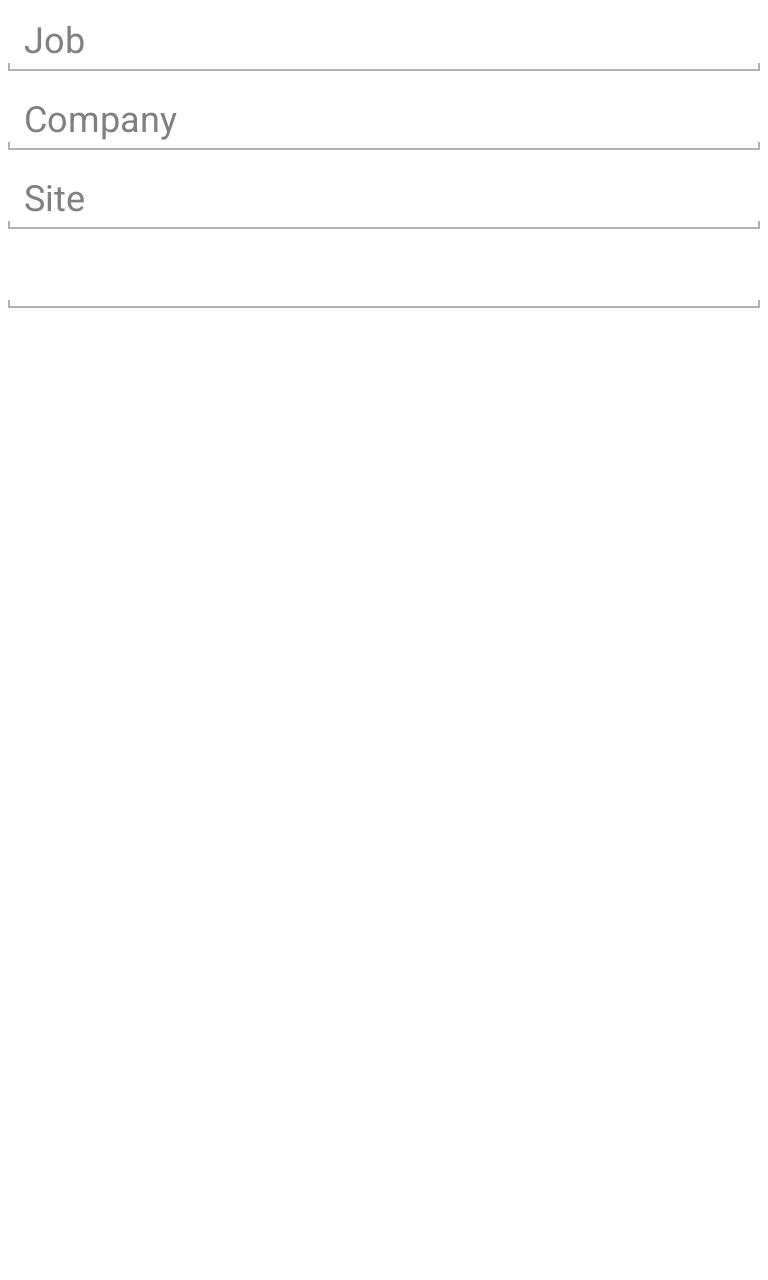
Repository: radupoenaru1992/Lab04
Layout: ContactsManager/res/layout/fragment_additional_details.xml
These files come from the project's save history. The layout is drawn as it stood at one moment and after the next save; the edit follows.
It is drawn on a 768 x 1280 px phone screen (xhdpi) without system bars, with theme AppTheme; the app's code is not run.

Above is the layout before, as saved 2015-03-28 22:38:12.

### ContactsManager/res/layout/fragment_additional_details.xml
<?xml version="1.0" encoding="utf-8"?>
<LinearLayout xmlns:android="http://schemas.android.com/apk/res/android"
    android:layout_width="match_parent"
    android:layout_height="match_parent"
    android:orientation="vertical" >

    <EditText
        android:layout_width="match_parent"
        android:layout_height="wrap_content"
        android:id="@+id/etJob"
        android:hint="Job"/>

    <EditText
        android:layout_width="match_parent"
        android:layout_height="wrap_content"
        android:id="@+id/etCompany"
        android:hint="Company"/>

    <EditText
        android:layout_width="match_parent"
        android:layout_height="wrap_content"
        android:id="@+id/etSite"
        android:hint="Site"/>

    <EditText
        android:layout_width="match_parent"
        android:layout_height="wrap_content"
        android:id=""/>


</LinearLayout>

Loaded but not shown: ContactsManager/res/values/styles.xml (common file); ContactsManager/res/values-v11/styles.xml (common file); ContactsManager/res/values-v14/styles.xml (common file)

After the next save:
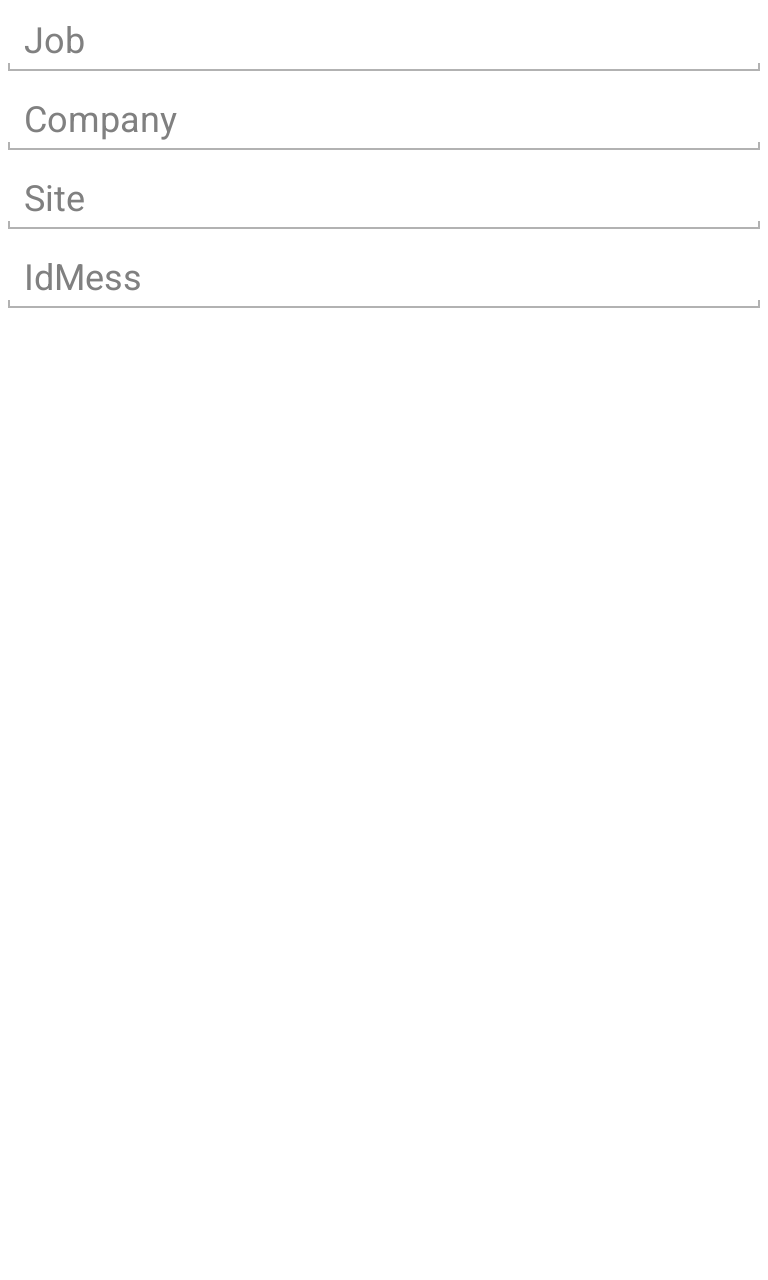
Saved 32 s later.
--- a/ContactsManager/res/layout/fragment_additional_details.xml
+++ b/ContactsManager/res/layout/fragment_additional_details.xml
@@ -25,7 +25,8 @@
     <EditText
         android:layout_width="match_parent"
         android:layout_height="wrap_content"
-        android:id=""/>
+        android:id="etMess"
+        android:hint="IdMess"/>
 
 
 </LinearLayout>
